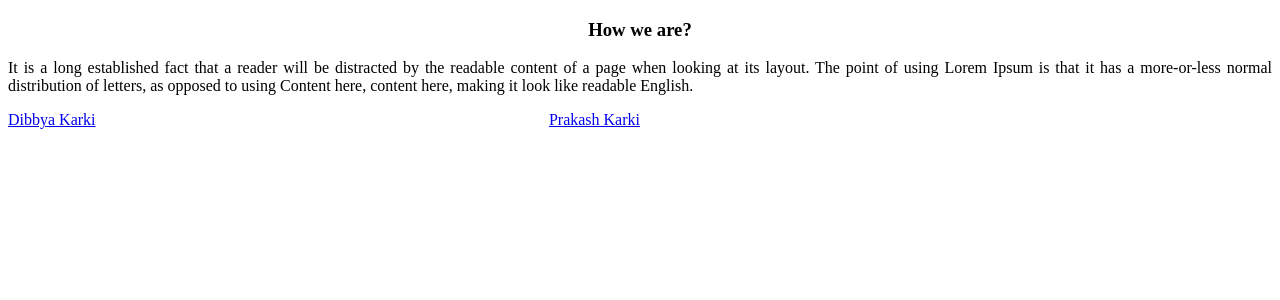
Repository: Dibbya65/Django-Basic
Page: http://localhost/about/
An editor plug-in stored every save of this project. The page is shown before and after the next save, followed by the edit.
The browser window is 1280 px wide. The pictures show the whole page.
The page is served by the project's application, run on Django 3.2 (manage.py).

Above is the page before, as saved 2021-11-14 03:07:46.

After the next save:
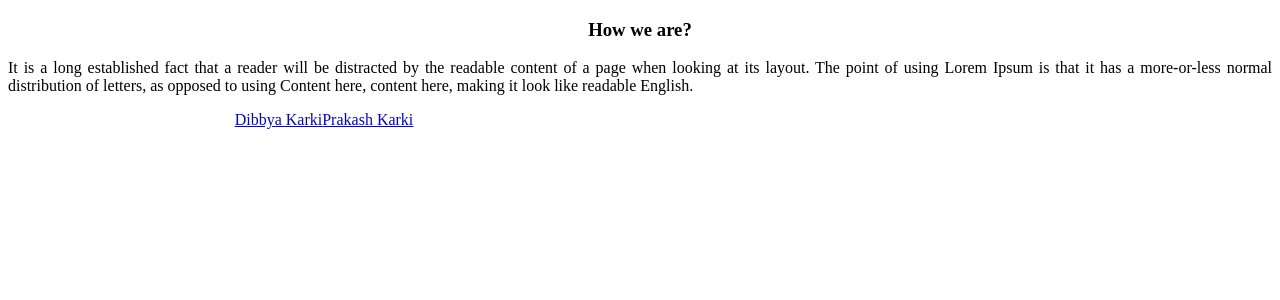
Saved 60 s later.
--- a/base/templates/base/about.html
+++ b/base/templates/base/about.html
@@ -6,7 +6,7 @@
 <h3 style="text-align:center">{{about_page_title}}</h3>
 <p style="text-align:justify">{{about_page_description}}</p>
 {%if teams %}
-<div style="width:50%;display:flex;justify-content:space-between;align-items:center;">
+<div style="width:50%;display:flex;justify-content:center;align-items:center;">
 {%for team in teams %}
     <a href="{% url 'about-detail' team.id %}">{{ team.name}}</a>
 {%endfor%}
